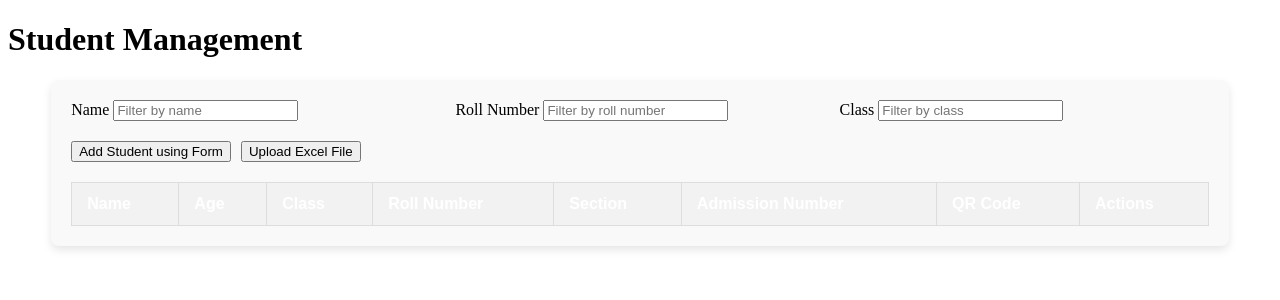
Repository: Hitesh8980/Student_Management
Page: / (app in Front-end/)
An editor plug-in stored every save of this project. The page is shown before and after a run of saves, followed by the edit.
The browser window is 1280 px wide. The pictures show the whole page.
The page's requests for data from a server got no answer. The project was rebuilt for these pictures with package versions that can differ from the ones it lists, and the page was loaded fresh each time. No one was signed in, and anything a server would have sent is missing. Also part of the build but not shown: Front-end/vite.config.js, Front-end/src/components/QrcodeGenerator.jsx, Front-end/src/components/StudentForm.jsx, Front-end/src/components/Fileupload.jsx.

Above is the page before, as saved 2024-09-18 16:57:12.

### Front-end/src/App.jsx
import React, { useState, useEffect } from 'react';
import axios from 'axios';
import StudentList from './components/Studentlist';

function App() {
  const [students, setStudents] = useState([]);

  useEffect(() => {
    fetchStudents();
  }, []);

  const fetchStudents = async () => {
    try {
      const response = await axios.get('http://localhost:5000/api/students');
      setStudents(response.data.students);
    } catch (error) {
      console.error('Error fetching students:', error);
    }
  };

  return (
    <div>
      <h1 >Student Management</h1>

      {/* Student List Table */}
      <StudentList students={students} />
    </div>
  );
}

export default App;

### Front-end/src/index.css
/* Container around the table */
.table-container {
  margin: 20px auto;
  width: 90%;
  max-width: 1200px;
  background-color: #f9f9f9;
  padding: 20px;
  box-shadow: 0 4px 8px rgba(0, 0, 0, 0.1);
  border-radius: 8px;
}

/* Table design */
.student-table {
  width: 100%;
  border-collapse: collapse;
  font-family: 'Arial', sans-serif;
}

.student-table thead {
  background-color: #4CAF50;
  color: white;
}

.student-table th, .student-table td {
  padding: 12px 15px;
  border: 1px solid #ddd;
  text-align: left;
}

/* Alternating row colors */
.student-table tr:nth-child(odd) {
  background-color: #f2f2f2;
}

.student-table tr:nth-child(even) {
  background-color: #ffffff;
}

/* Hover effect for rows */
.student-table tr:hover {
  background-color: #d1e7dd;
}

/* Responsive for small screens */
@media (max-width: 768px) {
  .student-table thead {
    display: none;
  }

  .student-table, .student-table tbody, .student-table tr, .student-table td {
    display: block;
    width: 100%;
  }

  .student-table tr {
    margin-bottom: 15px;
  }

  .student-table td {
    text-align: right;
    padding-left: 50%;
    position: relative;
  }

  .student-table td::before {
    content: attr(data-label);
    position: absolute;
    left: 10px;
    width: 45%;
    padding-right: 10px;
    text-align: left;
    font-weight: bold;
  }
}

### Front-end/src/components/Studentlist.jsx
import React, { useState, useEffect } from "react";
import { Table, Button, Form, Collapse, Row, Col } from "react-bootstrap";
import QRCodeGenerator from "./QrcodeGenerator";
import StudentForm from "./StudentForm";
import FileUpload from "./Fileupload";
import axios from "axios";
import "../index.css";

function StudentList() {
  const [students, setStudents] = useState([]);
  const [filteredStudents, setFilteredStudents] = useState([]);
  const [filters, setFilters] = useState({
    name: "",
    rollNumber: "",
    class: "",
  });

  const [showForm, setShowForm] = useState(false);
  const [showFileUpload, setShowFileUpload] = useState(false);

  useEffect(() => {
    fetchStudents();
  }, []);

  useEffect(() => {
    setFilteredStudents(students);
    applyFilters();
  }, [students, filters]);

  const fetchStudents = async () => {
    try {
      const response = await axios.get("http://localhost:5000/api/students");
      const studentData = Array.isArray(response.data.students)
        ? response.data.students
        : [];
      setStudents(studentData);
      setFilteredStudents(studentData);
    } catch (error) {
      console.error("Error fetching students:", error);
    }
  };

  const handleFilterChange = (e) => {
    const { name, value } = e.target;
    setFilters((prev) => ({ ...prev, [name]: value }));
  };

  const applyFilters = () => {
    if (!Array.isArray(students)) return;

    const { name, rollNumber, class: studentClass } = filters;

    const filtered = students.filter((student) => {
      return (
        (name === "" ||
          student.name?.toLowerCase().includes(name.toLowerCase())) &&
        (rollNumber === "" ||
          student.rollNumber
            ?.toLowerCase()
            .includes(rollNumber.toLowerCase())) &&
        (studentClass === "" ||
          student.class?.toLowerCase().includes(studentClass.toLowerCase()))
      );
    });

    setFilteredStudents(filtered);
  };

  const handleDelete = async (id) => {
    try {
      await axios.delete(`http://localhost:5000/api/students/${id}`);
      fetchStudents();
    } catch (error) {
      console.error("Error deleting student:", error);
    }
  };

  const toggleForm = () => setShowForm((prev) => !prev);
  const toggleFileUpload = () => setShowFileUpload((prev) => !prev);

  return (
    <div className="table-container">
      {/* Filter Form */}
      <Form className="filter-form" style={{ display: 'flex', flexWrap: 'wrap', gap: '15px', justifyContent: 'space-between' }}>
  <Form.Group controlId="filterName" style={{ flex: '1 1 30%' }}>
    <Form.Label>Name  </Form.Label>
    <Form.Control
      type="text"
      placeholder="Filter by name"
      name="name"
      value={filters.name}
      onChange={handleFilterChange}
    />
  </Form.Group>

  <Form.Group controlId="filterRollNumber" style={{ flex: '1 1 30%' }}>
    <Form.Label>Roll Number  </Form.Label>
    <Form.Control
      type="text"
      placeholder="Filter by roll number"
      name="rollNumber"
      value={filters.rollNumber}
      onChange={handleFilterChange}
    />
  </Form.Group>

  <Form.Group controlId="filterClass" style={{ flex: '1 1 30%' }}>
    <Form.Label>Class </Form.Label>
    <Form.Control
      type="text"
      placeholder="Filter by class"
      name="class"
      value={filters.class}
      onChange={handleFilterChange}
    />
  </Form.Group>
</Form>

      {/* Buttons to toggle forms */}
      <div className="button-group" style={{ margin: "20px 0" }}>
        <Button variant="primary" onClick={toggleForm}>
          Add Student using Form
        </Button>
        <Button
          variant="secondary"
          onClick={toggleFileUpload}
          style={{ marginLeft: "10px" }}
        >
          Upload Excel File
        </Button>
      </div>

      {/* Conditionally rendering the Student Form */}
      {showForm && (
        <Collapse in={showForm}>
          <div>
            <StudentForm fetchStudents={fetchStudents} />
          </div>
        </Collapse>
      )}

      {/* Conditionally rendering the File Upload Form */}
      {showFileUpload && (
        <Collapse in={showFileUpload}>
          <div>
            <FileUpload fetchStudents={fetchStudents} />
          </div>
        </Collapse>
      )}

      {/* Student Table */}
      <Table striped bordered hover responsive className="student-table">
        <thead>
          <tr>
            <th>Name</th>
            <th>Age</th>
            <th>Class</th>
            <th>Roll Number</th>
            <th>Section</th>
            <th>Admission Number</th>
            <th>QR Code</th>
            <th>Actions</th>
          </tr>
        </thead>
        <tbody>
          {filteredStudents.map((student) => (
            <tr key={student.admissionNumber}>
              <td>{student.name}</td>
              <td>{student.age}</td>
              <td>{student.class}</td>
              <td>{student.rollNumber}</td>
              <td>{student.section}</td>
              <td>{student.admissionNumber}</td>
              <td>
                <QRCodeGenerator value={student.admissionNumber} />
              </td>
              <td>
                <Button
                  variant="danger"
                  onClick={() => handleDelete(student.admissionNumber)}
                >
                  Delete
                </Button>
              </td>
            </tr>
          ))}
        </tbody>
      </Table>
    </div>
  );
}

export default StudentList;

Loaded but not shown: Front-end/index.html (common file); Front-end/src/main.jsx (common file)

After the next 6 saves:
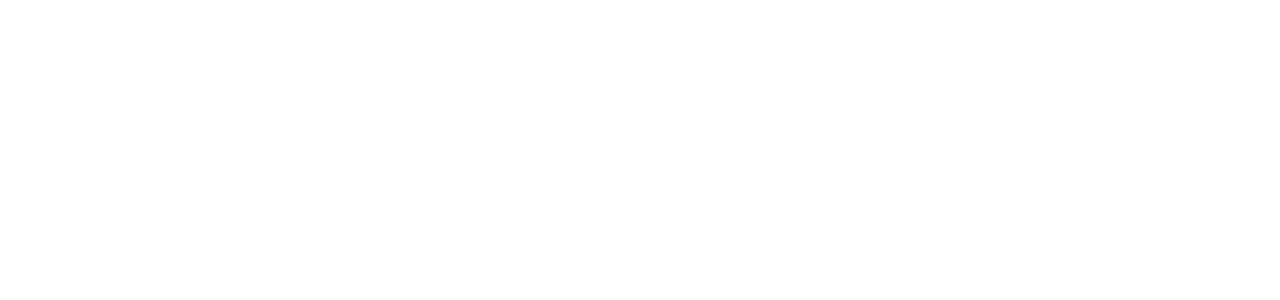
Console error: ReferenceError: Al is not defined
The 6 saves are shown as one change because they came seconds apart.
The last was saved 19 s later.
--- a/Front-end/src/App.jsx
+++ b/Front-end/src/App.jsx
@@ -20,7 +20,7 @@
 
   return (
     <div>
-      <h1 >Student Management</h1>
+      <h1 style={Al}>Student Management</h1>
 
       {/* Student List Table */}
       <StudentList students={students} />

After the save that followed:
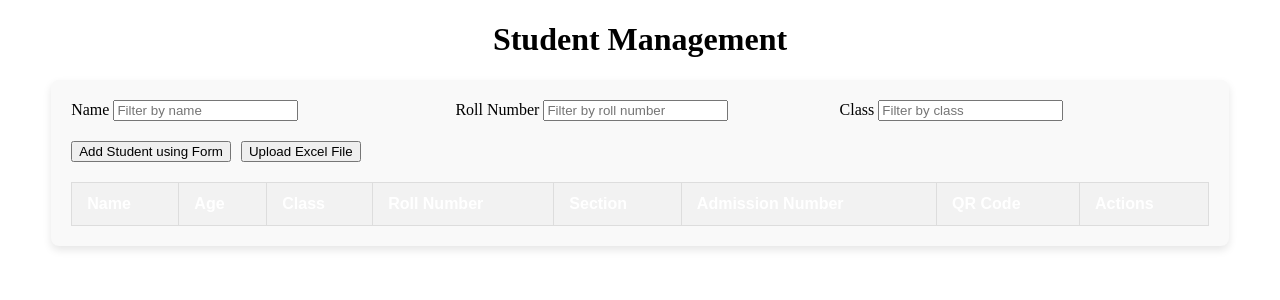
The error is gone.
Saved 34 s later.
--- a/Front-end/src/App.jsx
+++ b/Front-end/src/App.jsx
@@ -20,7 +20,7 @@
 
   return (
     <div>
-      <h1 style={Al}>Student Management</h1>
+      <h1 style={{ textAlign: 'center' }}>Student Management</h1>
 
       {/* Student List Table */}
       <StudentList students={students} />
